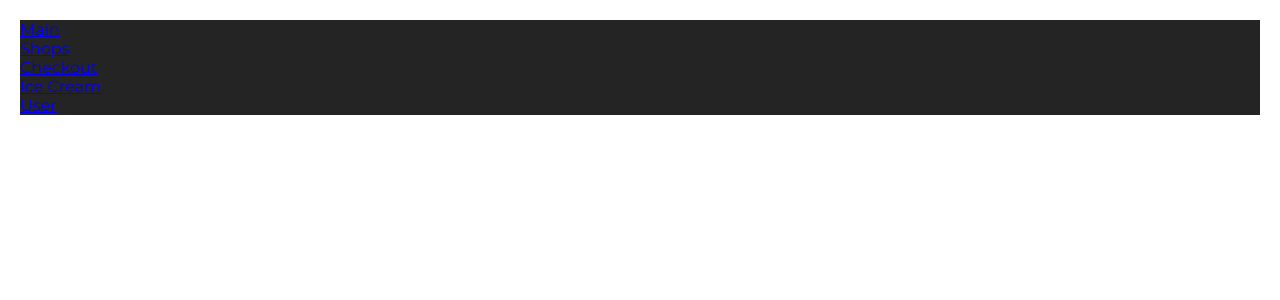
Repository: squirrellypenguin/Frozzy-React-Frontend
Page: /user
The author's editor kept a copy of each file at every save. The page is drawn from the files as they stood at one save, then again after the next save.
The browser window is 1280 px wide. The pictures show the whole page.
The page's requests for data from a server got no answer. The project was rebuilt for these pictures with package versions that can differ from the ones it lists, and the page was loaded fresh each time. No one was signed in, and anything a server would have sent is missing. Also part of the build but not shown: src/pages/checkout.js, src/pages/icecream.js, src/pages/edituser.js, src/pages/shop.js. Imported but missing from the stored project, and not drawn on this page: src/pages/main.

Above is the page before, as saved 2021-05-25 15:24:04.

### public/index.html
<!DOCTYPE html>
<html lang="en">
  <head>
    <meta charset="utf-8" />
    <link rel="icon" href="%PUBLIC_URL%/favicon.ico" />
    <meta name="viewport" content="width=device-width, initial-scale=1" />
    <meta name="theme-color" content="#000000" />
    <meta
      name="description"
      content="Web site created using create-react-app"
    />
    <link rel="apple-touch-icon" href="%PUBLIC_URL%/logo192.png" />
    <link rel="preconnect" href="https://fonts.gstatic.com">
<link href="https://fonts.googleapis.com/css2?family=Montserrat:wght@300;400;500;600&display=swap" rel="stylesheet">
    <!--
      manifest.json provides metadata used when your web app is installed on a
      user's mobile device or desktop. See https://developers.google.com/web/fundamentals/web-app-manifest/
    -->
    <link rel="manifest" href="%PUBLIC_URL%/manifest.json" />
    <!--
      Notice the use of %PUBLIC_URL% in the tags above.
      It will be replaced with the URL of the `public` folder during the build.
      Only files inside the `public` folder can be referenced from the HTML.

      Unlike "/favicon.ico" or "favicon.ico", "%PUBLIC_URL%/favicon.ico" will
      work correctly both with client-side routing and a non-root public URL.
      Learn how to configure a non-root public URL by running `npm run build`.
    -->
    <title>React App</title>
  </head>
  <body>
    <noscript>You need to enable JavaScript to run this app.</noscript>
    <div id="root"></div>
    <!--
      This HTML file is a template.
      If you open it directly in the browser, you will see an empty page.

      You can add webfonts, meta tags, or analytics to this file.
      The build step will place the bundled scripts into the <body> tag.

      To begin the development, run `npm start` or `yarn start`.
      To create a production bundle, use `npm run build` or `yarn build`.
    -->
  </body>
</html>

### src/index.js
import React from 'react';
import ReactDOM from 'react-dom';
import './index.css';
import App from './App';
import reportWebVitals from './reportWebVitals';
import { BrowserRouter as Router} from 'react-router-dom'



ReactDOM.render(
  <Router>
    <React.StrictMode>
      <App />
    </React.StrictMode>
  </Router>,
  document.getElementById('root')
);

// If you want to start measuring performance in your app, pass a function
// to log results (for example: reportWebVitals(console.log))
// or send to an analytics endpoint. Learn more: https://bit.ly/CRA-vitals
reportWebVitals();

### src/index.css


:root {
  --main-white:  #ededed;
  --main-black: #242424;
  --main-grey: #909294;
  --main-red: #EE4540;
}
body {
  margin: 0; /* <-- Codys code */
  font-family: 'Montserrat'; /* <-- Codys code */
  /* font-family: -apple-system, BlinkMacSystemFont, 'Segoe UI', 'Roboto', 'Oxygen',
    'Ubuntu', 'Cantarell', 'Fira Sans', 'Droid Sans', 'Helvetica Neue',
    sans-serif; */
  -webkit-font-smoothing: antialiased;
  -moz-osx-font-smoothing: grayscale;
}


#main-image-container {
  /* border: 2px solid red; */
  height: 600px;
  background: var(--main-black);
  display: flex;
  justify-content: center;
  width: 100%;
  margin: 0 auto;
}

/* ----------- can delete BLACK-BACKGROUND when moved into JSX -------------- */
#black-background {
  /* border: 2px solid hotpink; */
  background: var(--main-black);
  height: 1000px;
}
/* ----------- can delete BLACK-BACKGROUND when moved into JSX -------------- */

#main-background {
  /* border: 2px solid hotpink; */
  /* height: 1500px; */
  /* transform: scale(1.3); */
}

#main-logo-container {
  /* border: 2px solid hotpink; */
  display: flex;
  justify-content: center;
  position: relative;
  bottom: 350px;
  overflow: hidden;
  width: 100%;
  transform: scale(.7);
}

#main-logo {
  /* border: 2px solid rgb(47, 226, 236); */
  transform: scale(.7);
}

#main-greeting-container {
  /* border: 2px solid red; */
  position: relative;
  bottom: 230px;
  color: var(--main-grey);
  font-family: 'Montserrat';
  font-size: .7em;
  text-align: center;
  width: 60%;
  margin: 0 auto;
}

#main-login-button-container {
  /* border: 2px solid red; */
  margin: 0 auto;
  display: flex;
  flex-direction: column;
  justify-content: center;
  width: 60%;
  position:relative;
  bottom: 200px;
}
#main-login-button {
  /* border: 2px solid red; */
  /* display: flex; */
  /* justify-content: center; */
  border: none;
  height: 40px;
  border-radius: 20px;
  background: var(--main-red);
  color: var(--main-white);
  font-family: 'Montserrat';
}
#main-login-button:hover {
  background: var(--main-black);
  border: 1px solid var(--main-grey)
}

#page-container{
/* border: 2px solid red; */
background-color: var(--main-black);
/* height: 1800px; */
/* width: 100%; */
}


#ic-image-container {
  /* border: 2px solid red; */
  /* margin: 0 auto;  */
  /* width: 100vw;  */
  /* overflow: hidden; */
}

#ic-photo {
  /* border: 2px solid red; */
  width: 100%;
  height: auto;
  background-image: cover;
}

.fav-icon {
  /* border: 2px solid red; */
  position: relative;
  bottom: 25px;
  left: 150px;
  transform: scale(1.7);
  filter: drop-shadow(0px 3px 1.5px red);
}

/* ---------------------- Middle Name/price/star section-------------------- */
#ic-name h2{
  /* border: 2px solid red; */
  margin: 0 0 0 10px;
  position: relative;
  bottom: 15px;
  width: 80%;
  color: var(--main-white);
  text-align: left;
}
#ic-stars-container{
  /* border: 2px solid red; */
  width: 100%;
  /* margin: 0; */
  padding: 0 0 0 6px;
  position: relative;
  bottom: 17px;
}
#ic-stars {
  /* border: 2px solid hotpink; */
  text-align: left;
}

#ic-stars img {
  /* border: 2px solid hotpink; */
  transform: scale(.7);

}
#ic-stars img:hover {
  transform: scale(.85);
}

#ic-price {
  /* border: 2px solid red; */
  color: var(--main-white);
  width: 150px;
  text-align: center;
  position: relative;
  left: 210px;
  bottom: 40px;
}

/* ---------------------- Middle Description area-------------------- */
#ic-description-container {
  /* border: 2px solid red; */
  width: 90%;
  margin: 0 auto;
  padding-bottom:15px;
  text-align: left;
  position: relative;
  bottom: 40px;
}

#ic-description-heading {
  /* border: 2px solid red; */
  color: var(--main-white);
}

#ic-description-copy {
  /* border: 2px solid red; */
  color: var(--main-grey);
  padding-bottom: 30px;
  border-bottom: 1px solid var(--main-grey);
}

/* ---------------------- Lower Customize area-------------------- */
#ic-customize-container {
  /* border: 2px solid red; */
  width: 90%;
  height: 200px;
  margin: 0 auto;
  padding-bottom:15px;
}

#ic-customize-heading {
  /* border: 2px solid red; */
  width: 90%;
  margin: 0;
  color: var(--main-white);
  margin-bottom: 20px;
  text-align: left;
}

#ic-customize-dropdown-container {
  /* border: 2px solid red;  */
}

 .ic-customize-dropdown {
   /* border: 2px solid red; */
   display: block;
   width: 100%;
   height: 50px;
   color: var(--main-grey);
   text-align: center;
   font-size: 1em;
   border-radius: 5px;
   background-color: var(--main-white);
   margin: 10px 0 10px 0;
   font-family: 'Montserrat';
 }
 .ic-customize-dropdown:hover {
 background: var(--main-black);
}

### src/App.js
import { Switch,Route } from 'react-router-dom';
import './App.css';
import Checkout from './pages/checkout'
import Main from './pages/main'
import Creem from './pages/icecream'
import User from './pages/user'
import Shop from './pages/shop'
import Nav from './components/nav'
import React from 'react';
import Edituser from './pages/edituser'


function App() {
  const url = "https://frozzybe.herokuapp.com"

  // State that will hold shops
  const [shops, setShops] = React.useState([])
  // State to hold ice cream flavors
  const [creems, setCreems] = React.useState([])
  const [edit, setEdit] = React.useState()

  const selectedEdit = (user) => {
    setEdit(user)
  }


  let [users, setUsers] = React.useState([])
  const getUsers = async () => {
    const response = await fetch(url + "/user");
    console.log(response)
    const data = await response.json();
   console.log("read for this", data)
    setUsers(data)
  };


  const deleteUser = (user) => {
    fetch(url + "/user/" + user._id, {
      method: "delete"
    })
    .then(() => {
      getUsers()
    })
  }
  //state to hold ratings
  const [ratings, setRatings] = React.useState([])

  // variable to hold to Empty flavor
  const emptyCreem = {
    rating: [],
    name: "",
    img:  "",
    story: "",
    cost: 0,
  }


  //empty rating variable
  const emptyRating = {
    rating: 0
  }




  // state that represents selected flavor
  const [selectedCreem, setSelectedCreem] = React.useState(emptyCreem)
const [cart, setCart] = React.useState([])
  // state for rating
  const [selectedRating, setselectedRating] = React.useState(emptyRating)

  const selectCart = (creem, index) => {
    console.log("lifted State", creem)
    setCart([...cart, creem])
  //  handleRatingUpdate(rating, id)
  }

  const removeFromCart = (pos) => {
    console.log("pos",pos)
    const updatedCart = cart.filter((flavor, index) => index !== pos)
    setCart(updatedCart)
  }

  // function that will get all the flavors
  const getCreems = () => {
    fetch(url + "/creem/")
    .then((response) => response.json())
    .then((data) => {
      setCreems(data)
    })
  }



  // function to get all shops
  const getShops = () => {
    fetch(url + "/store/")
    .then((response) => response.json())
    .then((data) => {
      setShops(data)
    })
  }

  // function to get ratings
  const getRating = () => {
    fetch(url + "/creem" + "/rating")
    .then((response) => response.json())
    .then((data) => {
      setRatings(data)
      console.log("ratings", setRatings)
    })
  }

  //useEffect to get shop data
  React.useEffect(() =>{
    getShops()
    getUsers();
  }, [])

  //useEffect to get the flavor data right away
  React.useEffect(() => {
    getCreems()
  }, [])

  // handleCreate function for form submission of
 const handleCreate = (newCreem) => {
    fetch(url + "/creem/", {
      method: "POST",
      headers: {
        "Content-type": "application/json"
      },
      body: JSON.stringify(newCreem)
    })
    .then(() => getCreems())
  }

  // handleUpdate function for when edit form is sumbitted
  const handleUpdate = (creem) => {
    fetch(url + "/creem/" + creem, {
      method: "PUT",
      headers: {
        "Content-Type": "application/json"
      },
      body: JSON.stringify(creem)
    })
    .then(() => getCreems())
  }

  const handleEdit = (user) => {
    fetch(url + "/user/" + user._id, {
      method: "PUT",
      headers: {
        "Content-Type": "application/json"
      },
      body: JSON.stringify(user)
    })
    .then(() => getUsers())
  }


  // handleUpdate function for form submission on rating
  const handleRatingUpdate = (rating, id) => {
    let body = { rating: rating}
    fetch(url + "/creem/rating/" + id, {
      method: "PUT",
      headers: {
        "Content-Type":"application/json"
      },
      body: JSON.stringify(body)
    })
    .then(() => getRating())
  }

  // function to specifiy the flavor being updated
  const selectCreem = (creem) => {
    setSelectedCreem(creem)
  }


  //function to specify which rating is being updated
  const selectRating = (rating, id) => {
    console.log("lifted State")
    console.log(id, rating)
   handleRatingUpdate(rating, id)
  }

  // function to delete individual flavors
  const deleteCreem = (creem) => {
    fetch(url + "/creem/" + creem._id, {
      method: "delete"
    })
    .then(() => {
      getCreems()
    })
  }

  return (
    <div className="App">
      <Nav />
      <Switch>
        <Route exact path="/" render={(rp) =>
          <Main
          {...rp}
          shops={shops}
           />} />
        <Route exact path="/shop" render={(rp) =>
          <Shop
          {...rp}
          shops={shops}
          />} />
        <Route path="/checkout" render={(rp) =>
          <Checkout
          {...rp}
          cart={cart}
          creem={creems}
          selectedCreem={selectedCreem}
          removeFromCart={removeFromCart}
          handleSubmit={handleUpdate}
          deleteCreem={deleteCreem}
          selectCreem={selectCreem}
          />} />

         <Route exact path="/icecream" render={(rp) =>
          <Creem
          {...rp}
          handleRatingSubmit={handleRatingUpdate}
          selectRating={selectRating}
          selectCart={selectCart}
          creems={creems}
          // selectedRating={selectedRating}
          handleSubmit={handleUpdate}
          // selectRating={selectRating}

          />} />

<Route exact path="/user" render={(rp) =>
          <User  {...rp} users={users}    selectedEdit={selectedEdit}    deleteUser={deleteUser}   />

} />
    <Route
            exact
            path="/edit"
            render={(rp) => (
              <Edituser
              {...rp}
              label="update"
              user={edit}

              handleSubmit={handleEdit} />
            )}
          />
      </Switch>
    </div>
  )
}

export default App;

### src/App.css
body .App {

  background-color: #242424;
}

.App-logo {
  height: 40vmin;
  pointer-events: none;
}

@media (prefers-reduced-motion: no-preference) {
  .App-logo {
    animation: App-logo-spin infinite 20s linear;
  }
}

.App-header {
  background-color: #282c34;
  min-height: 100vh;
  display: flex;
  flex-direction: column;
  align-items: center;
  justify-content: center;
  font-size: calc(10px + 2vmin);
  color: white;
}

.App-link {
  color: #61dafb;
}

@keyframes App-logo-spin {
  from {
    transform: rotate(0deg);
  }
  to {
    transform: rotate(360deg);
  }
}
/* // Sample code suplpied from  */
/* // https://codepen.io/jamesbarnett/pen/vlpkh */

@import url(//netdna.bootstrapcdn.com/font-awesome/3.2.1/css/font-awesome.css);

fieldset, label { margin: 0; padding: 0; }
body{ margin: 20px; }
h1 { font-size: 1.5em; margin: 10px; }

/****** Style Star Rating Widget *****/

.rating {
  border: none;
  float: left;
}

.rating > input { display: none; }
.rating > label:before {
  margin: 5px;
  font-size: 1.25em;
  font-family: FontAwesome;
  display: inline-block;
  content: "\f005";
}

.rating > .half:before {
  content: "\f089";
  position: absolute;
}

.rating > label {
  color: #ddd;
 float: right;
}

/***** CSS Magic to Highlight Stars on Hover *****/

.rating > input:checked ~ label, /* show gold star when clicked */
.rating:not(:checked) > label:hover, /* hover current star */
.rating:not(:checked) > label:hover ~ label { color: #FFD700;  } /* hover previous stars in list */

.rating > input:checked + label:hover, /* hover current star when changing rating */
.rating > input:checked ~ label:hover,
.rating > label:hover ~ input:checked ~ label, /* lighten current selection */
.rating > input:checked ~ label:hover ~ label { color: #FFED85;  }


/* USer forms */


.container {
  display: grid;

}

.form {
  list-style: none;
}

.form-header {
  color: #EE4540;
  text-shadow: rgb(237, 237, 237, .35) 0px 0px .5px,   rgb(237, 237, 237, .35) 0px 0px .5px,   rgb(237, 237, 237, .35) 0px 0px .5px,
             rgb(237, 237, 237, .35) 0px 0px .5px,   rgb(237, 237, 237, .35) 0px 0px .5px,   rgb(237, 237, 237, .35) 0px 0px .5px;
}

.form li {
  padding-bottom: 10px;

}

.form li input {
  border: none;
  border-bottom: 2px solid #EE4540;

  color: #ededed;
  background: -webkit-linear-gradient(360deg ,#1c1c1c 0%, #494949 175%);
  background: -moz-linear-gradient(360deg, #1c1c1c 0%, #494949 175%);
  background: linear-gradient(360deg, #1c1c1c 0%, #494949 175%);
}

### src/pages/user.js
import React from "react";
import {useEffect} from "react"
import {useState} from "react"
import Edituser from './edituser'
import { Switch,Route } from 'react-router-dom';

const User = (props) => {

//   let shops =props.shops
  // handleUpdate function for when edit form is sumbitted

console.log(props.users)
  let user = props.users.map((user, index) => {
     console.log(user.lastname);

    return (
      <div  key={index}>
        {/* <img src={hero.images.sm} alt="small-profile-picture" /> */}
        <div className="small-container">
        <h2>{user.user} User {index + 1} {user.first} {user.last}</h2>

          <h3>{user.phone}</h3>
          <h3>{user.email}</h3>
          <h3>{user.address} {user.city}</h3>
          <h3>{user.state} {user.zip}</h3>
          <button id="edit" onClick={() => {
            props.selectedEdit(user)
            props.history.push("/edit")
          }}>Edit</button>

        <button id="delete"onClick={() => {
            props.deleteUser(user)
          }}>
            Delete
          </button>
        </div>
      </div>
    );
  });
  return (
    <div>

   {user} </div>
  )
};

export default User;

### src/components/nav.js
import React from 'react';
import { Link } from 'react-router-dom';

const Nav = (props) => {
    return(
        <div>
            <Link to="/">
                <div>Main</div>
            </Link>
            <Link to="/shop">
                <div>Shops</div>
            </Link>
            <Link to="/checkout">
                <div>Checkout</div>
            </Link>
            <Link to="/icecream">
                <div>Ice Cream</div>
            </Link>
            <Link to="/user">
                <div>User</div>
            </Link>
        </div>
    )
}

export default Nav

Loaded but not shown: src/reportWebVitals.js (common file)

After the next save:
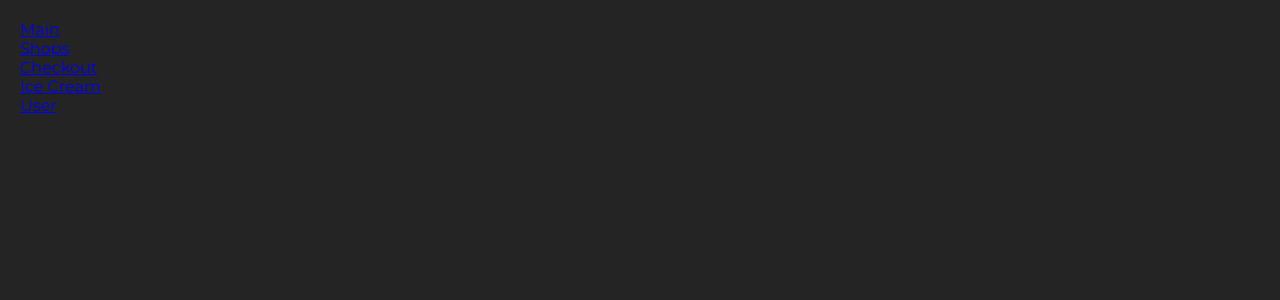
Saved 5 s later.
--- a/src/App.css
+++ b/src/App.css
@@ -1,4 +1,4 @@
-body .App {
+body {
 
   background-color: #242424;
 }
